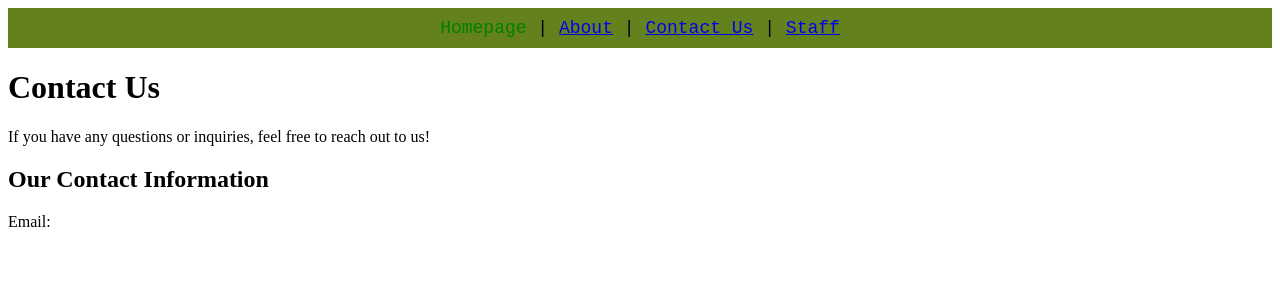
Repository: ficotims/HTML-RESTART
Page: Contact us.html
These files come from the project's save history. The page is drawn as it stood at one moment and after the next save; the edit follows.
The browser window is 1280 px wide. The pictures show the whole page.

Above is the page before, as saved 2026-02-08 14:02:25.

After the next save:
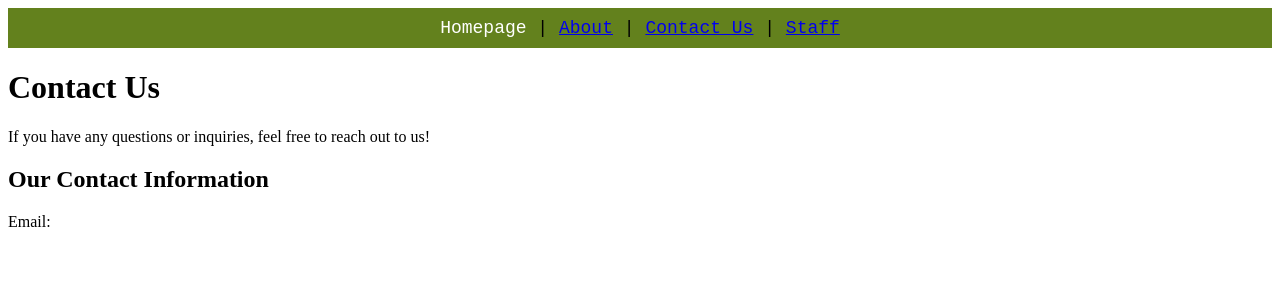
Saved 21 s later.
--- a/Contact us.html
+++ b/Contact us.html
@@ -8,7 +8,7 @@
     <body>
           <!-- NAVIGATION SECTION -->
  <div style="background-color: rgb(99, 129, 29); padding: 10px; text-align: center; font-size: 18px; font-family: monospace, Lemon milk;">
-    <a href="Homepage.html" style="color: green; text-decoration: none;">Homepage</a> |
+    <a href="Homepage.html" style="color: rgb(255, 255, 255); text-decoration: none;">Homepage</a> |
     <a href="about.html">About</a> | <a href="Contact us.html">Contact Us</a> |
     <a href="staff.html">Staff</a>
      </div>
